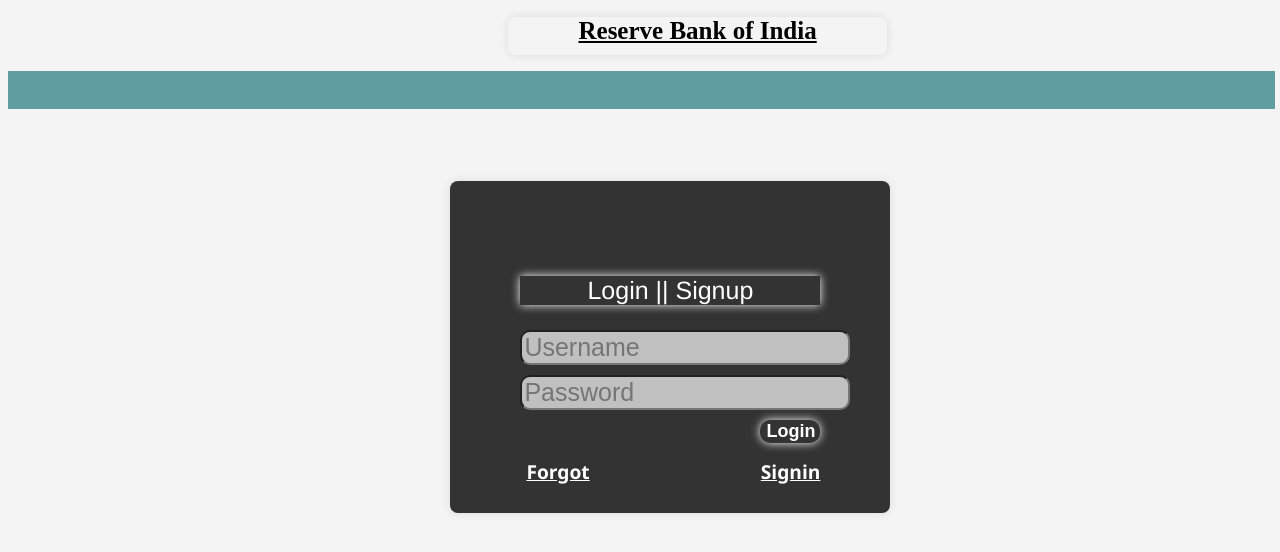
Repository: AbhishekSinghChouhan45/JSP-Projects
Page: http://localhost/BankProject/
An editor plug-in stored every save of this project. The page is shown before and after the next save, followed by the edit.
The browser window is 1280 px wide. The pictures show the whole page.
The page is served by Tomcat 10. Other server files are loaded and not shown.

Above is the page before, as saved 2023-12-09 06:06:05.

### BankProject/src/main/webapp/index.html
<!DOCTYPE html>
<html>
<head>
<meta charset="ISO-8859-1">
<title>RBI</title>
 <link rel="stylesheet" href="style.css">
</head>
<body>
			<div id="div1">
					<h1>Reserve Bank of India</h1>
					<marquee> |    NOTICE TO CUSTOMERS - As per RBI guidelines all Re-KYC/Periodic KYC due customers are requested to contact your home/nearest branch along with latest KYC documents and update your due KYC, if you have already updated your latest KYC with bank, please ignore this communication</marquee>
			</div>
			<div class="page">
				<p>	Login || Signup</p>
				<form>
					<input type="text" name="username" placeholder="Username" id="user"><br>
					<input type="password" name="password" placeholder="Password" id="user"><br>
<!--					<input type="button" name="b1" placeholder="Login/Signup" id="b1"><br>-->
					<button type="submit">Login</button><br>
					<a id="forgot" href="forgot.html">Forgot</a>
					<a id="signin" href="Signin.html">Signin</a>

				</form>


			</div>
</body>
</html>

### BankProject/src/main/webapp/style.css
*{
	background-color: #f4f4f4;
}
#div1 h1{
	 width: 30%;
    height: 1cm;
    border: 0px solid #333;
    text-align: center;
    font-size: 25px;
    color: rgb(0, 0, 0);
    border-radius: 8px;
    text-decoration: underline;
    margin-left: 500px;
     box-shadow: 0 0 10px rgba(0, 0, 0, 0.1);
	}
#div1 marquee{
   align-content: center;
	width: 99%;
	height: 1cm;
	background-color: cadetblue;
	color: white;
	font-size: 30px;
	position: absolute;
}
.page{
	margin-top: 10%;
	margin-left: 35%;
	 background-color: #333;
     box-shadow: 0 0 10px rgba(0, 0, 0, 0.1);
     padding: 70px;
     border-radius: 8px;
     width: 300px;
     text-align: center;
}
.page p{
	font-size: 25px;
	font-family: 'Franklin Gothic Medium', 'Arial Narrow', Arial, sans-serif;
	width: 100%;
	background-color: #333;
	color: white;
  	box-shadow:  0 0 10px rgb(255, 255, 255);

}
form{
	background-color: #333;
}
form #user{
	font-size: 25px;
	border-radius: 10px;
	margin-bottom: 10px;
	background-color: rgb(192, 192, 192);

}
form button{
	font-size: 18px;
	font-weight: 600;
	border-radius: 10px;
	margin-left: 80%;
	background-color: #333;
	border-style: hidden;
	box-shadow:  0 0 10px rgb(255, 255, 255);
	width: 60px;
	color: white;
}
#forgot{
	margin-left: 2%;
	float: left;
	border: 2px;
}
#signin{
	float: right;

}
form a{
	background-color: #333;
	color: white;
	margin-top: 5%;
	font-size: larger;
	border-style: hidden;
	font-family: 'Segoe UI', Tahoma, Geneva, Verdana, sans-serif;
	font-weight: 600;
/*	box-shadow:  0 0 10px rgb(255, 255, 255);*/
	border-radius: 5px;
	outline-color: aqua;
}
/*Signin css properties*/

After the next save:
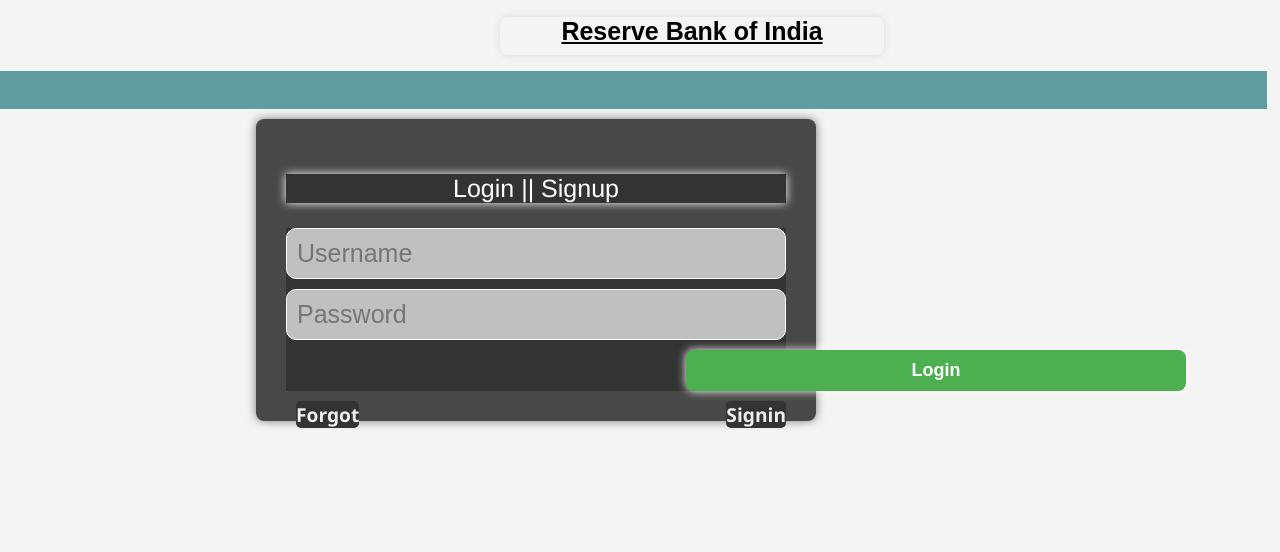
Not found: BankProject/BankProject/background-image.jpg
Saved 35 s later.
--- a/BankProject/src/main/webapp/style.css
+++ b/BankProject/src/main/webapp/style.css
@@ -84,3 +84,73 @@
 	outline-color: aqua;
 }
 /*Signin css properties*/
+ body {
+            background-image: url('background-image.jpg'); /* Replace with the path to your background image */
+            background-size: cover;
+            margin: 0;
+            padding: 0;
+            font-family: 'Arial', sans-serif;
+            color: #fff;
+        }
+
+        .page {
+            margin-top: 5%;
+            margin-left: 20%;
+            background-color: rgba(0, 0, 0, 0.7);
+            box-shadow: 0 0 10px rgba(0, 0, 0, 0.5);
+            padding: 30px;
+            border-radius: 8px;
+            width: 500px;
+            text-align: center;
+        }
+
+        .page h2 {
+            font-size: 30px;
+            margin-bottom: 20px;
+        }
+
+        form input {
+            font-size: 18px;
+            border: 1px solid #fff;
+            border-radius: 8px;
+            padding: 10px;
+            margin-bottom: 15px;
+            width: 100%;
+            box-sizing: border-box;
+            background-color: rgba(255, 255, 255, 0.7);
+            color: #333;
+        }
+
+        form select {
+            font-size: 18px;
+            border: 1px solid #fff;
+            border-radius: 8px;
+            padding: 10px;
+            margin-bottom: 15px;
+            width: 100%;
+            box-sizing: border-box;
+            background-color: rgba(255, 255, 255, 0.7);
+            color: #333;
+        }
+
+        form button {
+            font-size: 18px;
+            border: none;
+            border-radius: 8px;
+            padding: 10px;
+            background-color: #4CAF50;
+            color: #fff;
+            width: 100%;
+            cursor: pointer;
+        }
+
+        form button:hover {
+            background-color: #45a049;
+        }
+
+        form a {
+            color: #eee;
+            text-decoration: none;
+            margin-top: 10px;
+            display: block;
+        }

After the save that followed:
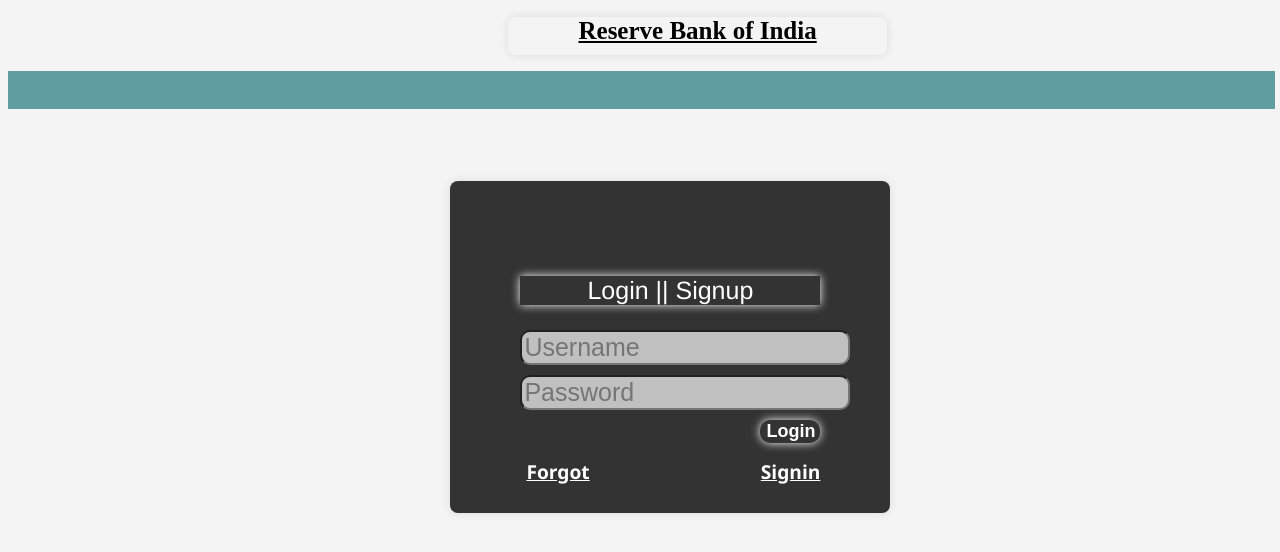
Saved 87 s later.
--- a/BankProject/src/main/webapp/style.css
+++ b/BankProject/src/main/webapp/style.css
@@ -84,73 +84,3 @@
 	outline-color: aqua;
 }
 /*Signin css properties*/
- body {
-            background-image: url('background-image.jpg'); /* Replace with the path to your background image */
-            background-size: cover;
-            margin: 0;
-            padding: 0;
-            font-family: 'Arial', sans-serif;
-            color: #fff;
-        }
-
-        .page {
-            margin-top: 5%;
-            margin-left: 20%;
-            background-color: rgba(0, 0, 0, 0.7);
-            box-shadow: 0 0 10px rgba(0, 0, 0, 0.5);
-            padding: 30px;
-            border-radius: 8px;
-            width: 500px;
-            text-align: center;
-        }
-
-        .page h2 {
-            font-size: 30px;
-            margin-bottom: 20px;
-        }
-
-        form input {
-            font-size: 18px;
-            border: 1px solid #fff;
-            border-radius: 8px;
-            padding: 10px;
-            margin-bottom: 15px;
-            width: 100%;
-            box-sizing: border-box;
-            background-color: rgba(255, 255, 255, 0.7);
-            color: #333;
-        }
-
-        form select {
-            font-size: 18px;
-            border: 1px solid #fff;
-            border-radius: 8px;
-            padding: 10px;
-            margin-bottom: 15px;
-            width: 100%;
-            box-sizing: border-box;
-            background-color: rgba(255, 255, 255, 0.7);
-            color: #333;
-        }
-
-        form button {
-            font-size: 18px;
-            border: none;
-            border-radius: 8px;
-            padding: 10px;
-            background-color: #4CAF50;
-            color: #fff;
-            width: 100%;
-            cursor: pointer;
-        }
-
-        form button:hover {
-            background-color: #45a049;
-        }
-
-        form a {
-            color: #eee;
-            text-decoration: none;
-            margin-top: 10px;
-            display: block;
-        }
